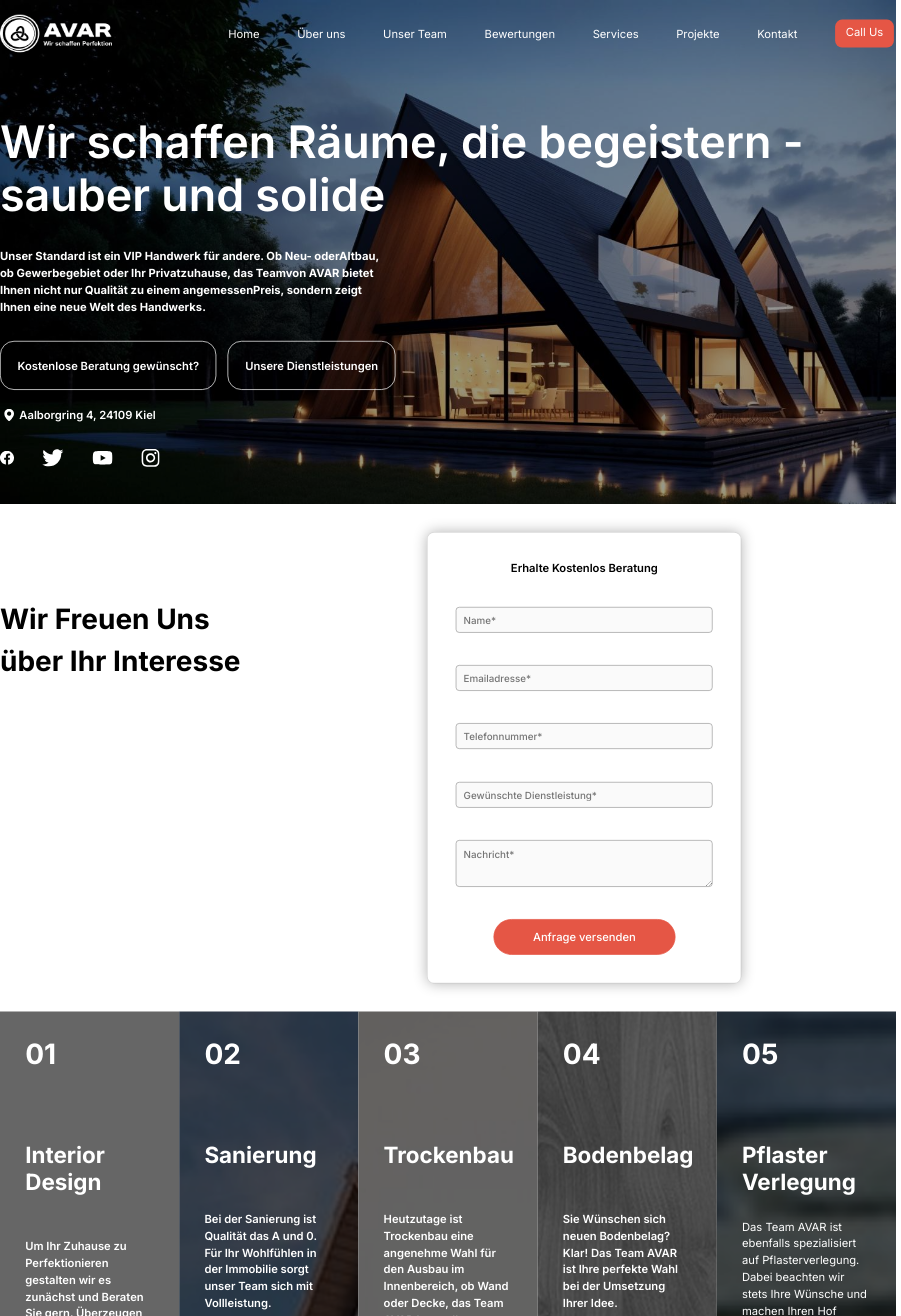
Repository: AlazarStudio/avar_react
Page: /
These files come from the project's save history. The page is drawn as it stood at one moment and after the next save; the edit follows.
The browser window is 1280 px wide. The page is 1287 px wide, so the pictures cover 1287 px, including what lies to the right of the window. The pictures show the part of the page from y = 0 to 1880 px (the page is 8058 px tall), at 70% of full size.
The project was rebuilt for these pictures with package versions that can differ from the ones it lists, and the page was loaded fresh each time. Also part of the build but not shown: vite.config.js, src/Components/Pages/Non_Found_Page.jsx, src/Components/Pages/HomePage/HomePage.module.css, src/Components/Pages/UberUnsPage/UberUnsPage.module.css, src/Components/ui/UberUnsContainers/Container1/Container1.module.css, src/Components/ui/UberUnsContainers/Container1/Container1.jsx, src/Components/ui/UberUnsContainers/Container2/Container2.module.css, src/Components/ui/UberUnsContainers/Container2/Container2.jsx and 55 more.

Above is the page before, as saved 2025-07-04 15:32:32.

### index.html
<!DOCTYPE html>
<html lang="ru">
  <head>
    <meta charset="UTF-8" />
    <link rel="icon" type="image/svg+xml" href="/Vector.svg" />
    <meta name="viewport" content="width=device-width, initial-scale=1.0" />
    <title>AVAR</title>
    <!-- Основные мета-теги для iOS -->
    <meta name="apple-mobile-web-app-capable" content="yes" />
    <meta name="apple-mobile-web-app-status-bar-style" content="black" />
    <meta name="apple-mobile-web-app-title" content="My App" />

    <!-- Иконки для iOS -->
    <link rel="apple-touch-icon" href="/favicon-alazar-studio.png" />

    <!-- Цветовая схема для iOS (настраивает цвет адресной строки и интерфейса) -->
    <meta name="theme-color" content="#1976d2" />

    <link rel="manifest" href="/manifest.json" />
    <link
      href="https://fonts.googleapis.com/css2?family=Inter:wght@400;500;600;700&display=swap"
      rel="stylesheet"
    />

    <!-- <link rel="stylesheet" href="https://fonts.googleapis.com/css2?family=Montserrat:wght@400;700&display=swap"> -->
  </head>

  <body>
    <div id="root"></div>
    <script type="module" src="/src/main.jsx"></script>
  </body>
</html>

### src/App.jsx
import React from 'react';
import { Route, Routes } from 'react-router-dom';

// import Main_Page from './Components/Pages/Main_Page';
import Non_Found_Page from './Components/Pages/Non_Found_Page';
import Layout from './Components/Standart/Layout/Layout';
// import InstallButton from './Components/Pages/InstallButton/InstallButton';
import HomePage from './Components/Pages/HomePage/HomePage';
import UberUnsPage from './Components/Pages/UberUnsPage/UberUnsPage';
import ServicesPage from './Components/Pages/ServicesPage/ServicesPage';
import ProjektePage from './Components/Pages/ProjektePage/ProjektePage';
import OneProjektPage from './Components/Pages/OneProjektPage/OneProjektPage';
import KontaktPage from './Components/Pages/KontaktPage/KontaktPage';
import UnserTeamPage from './Components/Pages/UnserTeamPage/UnserTeamPage';
import BewertungenPage from './Components/Pages/BewertungenPage/BewertungenPage';

function App() {
  return (
    <>
      <Routes>
        <Route path="/" element={<Layout />}>
          <Route index element={<HomePage />} />
          <Route path="überUns" element={<UberUnsPage />} />
          <Route path="services" element={<ServicesPage />} />\
          <Route path="projekte" element={<ProjektePage />} />
          <Route path="projekte/:id" element={<OneProjektPage />} />
          <Route path="kontakt" element={<KontaktPage />} />
          <Route path="unserTeam" element={<UnserTeamPage />} />
          <Route path="bewertungen" element={<BewertungenPage />} />
          <Route path="*" element={<Non_Found_Page />} />
        </Route>
      </Routes>

      {/* Кнопка установки */}
      {/* <InstallButton /> */}
    </>
  );
}

export default App;

### src/index.css
* {
  margin: 0;
  padding: 0;
  box-sizing: border-box;
  /* font-family: 'Arial', sans-serif; */
  font-family: 'Inter', sans-serif;
  scroll-behavior: smooth;
}

a {
  text-decoration: none;
}

:root {
  --blockWidth: 1300px;
}

body {
  /* font-family: 'Arial', sans-serif; */
  font-family: 'Inter', sans-serif;
  background-color: #FFFFFF;
}

main {
  display: flex;
  flex-direction: column;
  gap: 80px;
  padding-bottom: 80px;
}

### src/Components/Standart/Layout/Layout.jsx
import React from "react";
import { Outlet } from "react-router-dom";

import Header from "../../Blocks/Header/Header"
import Footer from "../../Blocks/Footer/Footer";


function Empty({ children, ...props }) {
    return (
        <>
            <Header/>
            <Outlet />
            <Footer/>
        </>
    );
}

export default Empty;

### src/Components/Pages/HomePage/HomePage.jsx
import classes from './HomePage.module.css';

import 'swiper/css';
import 'swiper/css/navigation';
import 'swiper/css/pagination';
import Container1 from '../../ui/HomePageContainers/Container1/Container1';
import Container2 from '../../ui/HomePageContainers/Container2/Container2';
import Container3 from '../../ui/HomePageContainers/Container3/Container3';
import Container4 from '../../ui/HomePageContainers/Container4/Container4';
import Container5 from '../../ui/HomePageContainers/Container5/Container5';
import Container6 from '../../ui/HomePageContainers/Container6/Container6';
import Container7 from '../../ui/HomePageContainers/Container7/Container7';
import Container8 from '../../ui/HomePageContainers/Container8/Container8';
import Container9 from '../../ui/HomePageContainers/Container9/Container9';

function HomePage({ children, ...props }) {
  return (
    <>
      <div className={classes.contaier}>
        <Container1 />
        <Container2 />
        <Container3 />
        <Container4 />
        <Container5 />
        <Container6 />
        <Container7 />
        <Container8 />
        <Container9 />
      </div>
    </>
  );
}

export default HomePage;

### src/Components/Blocks/Header/Header.jsx
import React from 'react';
import { Link, useNavigate, useLocation } from 'react-router-dom';
import classes from './Header.module.css';

function Header({ children, ...props }) {
  const navigate = useNavigate();
  const location = useLocation(); // Получаем текущий путь

  // Условно применяем класс для синего фона на странице OneProjektPage
  const isOneProjectPage = location.pathname.includes('projekte/');

  return (
    <div
      className={`${classes.container} ${
        isOneProjectPage ? classes.blueBackground : ''
      }`}
    >
      <div className={classes.header}>
        <div className={classes.headerLeft}>
          <img src="../images/logoHome.png" onClick={() => navigate('/')} />
        </div>
        <div className={classes.headerRight}>
          <ul className={classes.navigate}>
            <li>
              <Link to="/">Home</Link>
            </li>
            <li>
              <Link to="/überUns">Über uns</Link>
            </li>
            <li>
              <Link to="/unserTeam">Unser Team</Link>
            </li>
            <li>
              <Link to="/bewertungen">Bewertungen</Link>
            </li>
            <li>
              <Link to="/services">Services</Link>
            </li>
            <li>
              <Link to="/projekte">Projekte</Link>
            </li>
            <li>
              <Link to="/kontakt">Kontakt</Link>
            </li>
            <li>
              <a className={classes.w} href="tel:01785029999">
                Call Us
              </a>
            </li>
          </ul>
        </div>
      </div>
    </div>
  );
}

export default Header;

### src/Components/ui/HomePageContainers/Container1/Container1.jsx
import React from 'react';
import classes from './Container1.module.css';

export default function Container1() {
  return (
    <div>
      <div className={classes.container1}>
        <div className={classes.content}>
          <div className={classes.box}>
            <div className={classes.block}>
              <span>Wir schaffen Räume, die begeistern - sauber und solide</span>
              <span>
                Unser Standard ist ein VIP Handwerk für andere. Ob Neu-
                oderAltbau, ob Gewerbegebiet oder Ihr Privatzuhause, das Teamvon
                AVAR bietet Ihnen nicht nur Qualität zu einem angemessenPreis,
                sondern zeigt Ihnen eine neue Welt des Handwerks.
              </span>
              <div className={classes.buttons}>
                <button>Kostenlose Beratung gewünscht?</button>
                <button>Unsere Dienstleistungen</button>
              </div>
            </div>
          </div>
          <div className={classes.blockBottom}>
            <span>
              <img src="../images/coolicon (5).svg" />
              Aalborgring 4, 24109 Kiel
            </span>
            <div className={classes.contact}>
              <img src="../images/coolicon (1).svg" />
              <img src="../images/coolicon (2).svg" />
              <img src="../images/coolicon (3).svg" />
              <img src="../images/coolicon (4).svg" />
            </div>
          </div>
        </div>
      </div>
    </div>
  );
}

### src/Components/ui/HomePageContainers/Container5/Container5.jsx
import React from 'react';
import classes from './Container5.module.css';

export default function Container5() {
  return (
    <div>
      {' '}
      <div className={classes.container5}>
        <div className={classes.contaier5Block}>
          <div className={classes.contaier5BlockEl}>
            <span>200+</span>
            <span>Projekte jährlich</span>
          </div>
          <div className={classes.contaier5BlockEl}>
            <span>20</span>
            <span>Team von Handwerkern</span>
          </div>
          <div className={classes.contaier5BlockEl}>
            <span>110%</span>
            <span>Leistung</span>
          </div>
          <div className={classes.contaier5BlockEl}>
            <span>1</span>
            <span>Ziel</span>
          </div>
        </div>
      </div>
    </div>
  );
}

### src/Components/ui/HomePageContainers/Container6/Container6.jsx
import React from 'react';
import classes from './Container6.module.css';

import { Swiper, SwiperSlide } from 'swiper/react';
import { Pagination, Autoplay } from 'swiper/modules';

import 'swiper/css';
import 'swiper/css/navigation';
import 'swiper/css/pagination';
import { projects } from '../../../../../bd';

export default function Container6() {
  return (
    <div>
      {' '}
      <div className={classes.container6}>
        <div className={classes.container6Block}>
          <div className={classes.container6BlockTop}>
            <span>Unsere Ausgewahlten Projekte</span>
          </div>
          <div className={classes.container6BlockBottom}>
            <div className={classes.container6BlockBottom}>
              <Swiper
                modules={[Pagination, Autoplay]}
                slidesPerView={3}
                autoplay={{
                  delay: 4000,
                  disableOnInteraction: false,
                }}
                spaceBetween={10}
                loop={true}
                // navigation
                pagination={{ clickable: true }}
                breakpoints={{
                  320: { slidesPerView: 1 },
                  768: { slidesPerView: 2 },
                  1024: { slidesPerView: 3 },
                }}
              >
                {projects.map((project) => (
                  <SwiperSlide key={project.id}>
                    <div className={classes.container6BlockBottomEl}>
                      <img src={project.img[0]} alt={project.title} />
                      <span>{project.title}</span>
                      <span>{project.description}</span>
                    </div>
                  </SwiperSlide>
                ))}
              </Swiper>
            </div>
          </div>
        </div>
      </div>
    </div>
  );
}

### src/Components/ui/HomePageContainers/Container7/Container7.jsx
import React from 'react';
import classes from './Container7.module.css';

export default function Container7() {
  return (
    <div>
      {' '}
      <div className={classes.container7}>
        <img src="../images/homeCon71.png" className={classes.contaier7Bg} />
        <div className={classes.container7Block}>
          <div className={classes.container7BlockLeft}>
            <img src="../images/homeCon72.png" />
          </div>
          <div className={classes.container7BlockRight}>
            <div className={classes.container7BlockRightEl}>
              <span>Das Sagen Unsere Uber Uns</span>
              <span>
                ‘’Wir Haben Das Team Von AVAR Am Anfang Mit Ein Wenig Vorsicht
                Betrachtet, Allerdings Haben Wir Schnell Gemerkt, Dass Es
                Erfahrene Jungs Sind, Die Ihre Arbeit Kennen Und Diese Einfach
                Auf Einem Unglaublichen Niveau Und Schnelligkeit Umsetzten. Im
                Moment Fehlt Das Geld Für Eine Zweite Wohnung, Allerdings, Falls
                Unsere Familie Sich Entschließt Im Laufe Der Zeit Eine Zweite Zu
                Kaufen, Werden Wir Uns Definitiv Für Eine Erneute Zusammenarbeit
                Mit Herrn Abakarov Von Team AVAR Entscheiden. Danke Euch!’’
              </span>
              <span>Pia-Maria Wendtland</span>
            </div>
          </div>
        </div>
      </div>
    </div>
  );
}

### src/Components/ui/HomePageContainers/Container8/Container8.jsx
import React from 'react';
import classes from './Container8.module.css';

import { Swiper, SwiperSlide } from 'swiper/react';
import { Pagination, Autoplay } from 'swiper/modules';

import 'swiper/css';
import 'swiper/css/navigation';
import 'swiper/css/pagination';
import { reviews } from '../../../../../bd';

export default function Container8() {
  return (
    <div>
      {' '}
      <div className={classes.container8}>
        <div className={classes.container8Block}>
          <div className={classes.container8BlockBottom}>
            <div className={classes.container8BlockBottom1}>
              <Swiper
                modules={[Pagination, Autoplay]}
                slidesPerView={3}
                autoplay={{
                  delay: 4000,
                  disableOnInteraction: false,
                }}
                spaceBetween={30}
                loop={true}
                style={{ paddingLeft: '15px', paddingRight: '15px' }}
                // navigation
                pagination={{ clickable: true }}
                breakpoints={{
                  320: { slidesPerView: 1 },
                  768: { slidesPerView: 2 },
                  1024: { slidesPerView: 3 },
                }}
              >
                {reviews.map((review) => (
                  <SwiperSlide key={review.id}>
                    <div className={classes.container8BlockBottomEl}>
                      <img src="../images/“.svg" />
                      {/* <span>“</span> */}
                      <span>{review.description}</span>
                      <span>{review.name}</span>
                    </div>
                  </SwiperSlide>
                ))}
              </Swiper>
            </div>
          </div>
        </div>
      </div>
    </div>
  );
}

### src/Components/ui/HomePageContainers/Container9/Container9.jsx
import React from 'react';
import classes from './Container9.module.css';

export default function Container9() {
  return (
    <div>
      {' '}
      <div className={classes.container9}>
        <div className={classes.container9Block}>
          <span>Offizieller Partner Der Postbank</span>
          <a href="https://www.postbank.de/">
            <img src="../images/image 7.svg" />
          </a>
        </div>
      </div>
    </div>
  );
}

### src/Components/Blocks/Header/Header.module.css
.container {
  display: flex;
  align-items: center;
  justify-content: center;
  width: 100%;
  height: 96px;
  margin-bottom: -96px;
}

.header {
  display: flex;
  align-items: center;
  justify-content: space-between;
  width: 100%;
  height: 100%;
  max-width: 1304px;
  background-color: inherit;
  z-index: 11;
}

.headerLeft {
  display: flex;
  align-items: center;
  justify-content: center;
  width: 160px;
  height: 54px;
}

.headerLeft img {
  width: 100%;
  height: 100%;
  cursor: pointer;
}

.headerRight {
  display: flex;
  width: 100%;
  max-width: 954px;
}

.navigate {
  display: flex;
  width: 100%;
  align-items: center;
  justify-content: space-between;
  list-style-type: none;
  padding-right: 3px;
  /* outline: 3px solid red; */
}

.navigate a {
  color: #ffffff;
  text-decoration: none;
  font-size: 16px;
  font-weight: 400;
  cursor: pointer;
  transition: all 0.2s ease-in-out;
  padding-bottom: 4px;
  border-bottom: 1px solid inherit;
}

.navigate a:hover {
  color: #e55645;
  border-bottom: 1px solid #e55645;
  transition: color 0.6s ease;
}

.w {
  display: flex;
  align-items: center;
  justify-content: center;
  line-height: 100%;
  color: #ffffff;
  text-decoration: none;
  font-size: 16px;
  font-weight: 400;
  width: 84px !important;
  height: 40px !important;
  cursor: pointer;
  transition: none;
  padding: 0;
  border-bottom: none;
  background-color: #e55645 !important;
  border-radius: 10px;
}

.w:hover {
  color: #fff !important;
  border-bottom: none;
  transition: color 0.6s ease;
}

.blueBackground {
  background-color: #000322;
}

@media (max-width: 768px) {
  .container {
    display: none;
  }
}

### src/Components/ui/HomePageContainers/Container5/Container5.module.css

.container5 {
  display: flex;
  align-items: center;
  justify-content: center;
  width: 100%;
  background-color: #f7f7f7;
}

.contaier5Block {
  display: flex;
  flex-direction: row;
  align-items: center;
  justify-content: space-between;
  width: 100%;
  max-width: 1304px;
  padding: 80px 60px;
}

.contaier5BlockEl {
  display: flex;
  flex-direction: column;
  gap: 16px;
  color: #8c93a6;
}

.contaier5BlockEl span:nth-of-type(1) {
  font-size: 64px;
  font-weight: 700;
  text-align: center;
}

.contaier5BlockEl span:nth-of-type(2) {
  font-size: 20px;
  font-weight: 700;
  text-align: center;
  width: 130px;
}

@media (max-width: 768px) {
  .container5 {
  }

  .contaier5Block {
    flex-wrap: wrap;
    width: 100%;
    max-width: 768px;
    padding: 40px;
    gap: 50px;
  }

  .contaier5BlockEl {
    display: flex;
    align-items: center;
    justify-content: center;
    width: 40%;
    gap: 12px;
  }

  .contaier5BlockEl span:nth-of-type(1) {
    font-size: 47px;
    font-weight: 700;
    text-align: center;
  }

  .contaier5BlockEl span:nth-of-type(2) {
    font-size: 14px;
    font-weight: 700;
    text-align: center;
  }
}

### src/Components/ui/HomePageContainers/Container6/Container6.module.css

.container6 {
  display: flex;
  align-items: center;
  justify-content: center;
  width: 100%;
  /* border: 1px solid red; */
}

.container6Block {
  display: flex;
  align-items: center;
  justify-content: center;
  flex-direction: column;
  width: 100%;
  max-width: 1304px;
  padding: 110px 0;
  gap: 66px;
  /* outline: 1px solid red; */
}

.container6BlockTop {
  display: flex;
  align-items: center;
  justify-content: center;
  width: 100%;
  font-size: 40px;
  font-weight: 700;
}

.container6BlockBottom {
  display: flex;
  align-items: center;
  justify-content: center;
  width: 100%;
}

.container6BlockBottom1 {
  display: flex;
  align-items: center;
  justify-content: center;
  width: 100%;
}

.container6BlockBottomEl {
  background: #fff;
  padding: 1.5rem;
  border-radius: 12px;
  /* box-shadow: 0 8px 24px rgba(0, 0, 0, 0.1); */
  display: flex;
  flex-direction: column;
  gap: 24px;
  /* text-align: center; */
  height: 100%;
  cursor: pointer;
  margin-top: 50px;
  margin-bottom: 80px;
}

.container6BlockBottomEl img {
  width: 100%;
  height: 285px;
  object-fit: cover;
  border-radius: 8px;
}

.container6BlockBottomEl span:nth-of-type(1) {
  font-size: 20px;
  font-weight: 700;
}

.container6BlockBottomEl span:nth-of-type(2) {
  font-size: 16px;
  font-weight: 400;
  color: #8c93a6;
}

@media (max-width: 768px) {
  .container6Block {
    padding: 40px 0;
    gap: 16px;
    /* outline: 1px solid red; */
  }

  .container6BlockTop {
    text-align: center;
    font-size: 24px;
    width: 260px;
  }
}

### src/Components/ui/HomePageContainers/Container9/Container9.module.css
.container9 {
  display: flex;
  align-items: center;
  justify-content: center;
  width: 100%;
}

.container9Block {
  display: flex;
  align-items: center;
  justify-content: center;
  gap: 62px;
  max-width: 1304px;
  padding-bottom: 150px;
}

.container9Block img {
  width: 748px;
  height: 203px;
}

.container9Block span {
  font-size: 40px;
  font-weight: 700;
  width: 410px;
  order: 2;
}

@media (max-width: 768px) {
  .container9 {
    display: flex;
    align-items: center;
    justify-content: center;
    width: 100%;
  }

  .container9Block {
    display: flex;
    flex-direction: column;
    align-items: center;
    justify-content: center;
    gap: 24px;
    max-width: 768px;
    padding: 15px;
  }

  .container9Block img {
    width: 100%;
    height: auto;
  }

  .container9Block span {
    display: flex;
    text-align: center;
    font-size: 24px;
    font-weight: 700;
    width: 280px;
  }
}

Loaded but not shown: src/main.jsx (common file); bd.js (104 lines, source omitted); src/Components/ui/HomePageContainers/Container2/Container2.jsx (167 lines, source omitted); src/Components/ui/HomePageContainers/Container2/Container2.module.css (315 lines, source omitted); src/Components/Blocks/Footer/Footer.module.css (246 lines, source omitted); src/Components/ui/HomePageContainers/Container1/Container1.module.css (251 lines, source omitted); src/Components/ui/HomePageContainers/Container3/Container3.jsx (90 lines, source omitted); src/Components/Blocks/Footer/Footer.jsx (77 lines, source omitted); src/Components/ui/HomePageContainers/Container3/Container3.module.css (145 lines, source omitted); src/Components/ui/HomePageContainers/Container4/Container4.module.css (147 lines, source omitted); src/Components/ui/HomePageContainers/Container8/Container8.module.css (120 lines, source omitted); src/Components/ui/HomePageContainers/Container4/Container4.jsx (51 lines, source omitted); src/Components/ui/HomePageContainers/Container7/Container7.module.css (120 lines, source omitted)

After the next save:
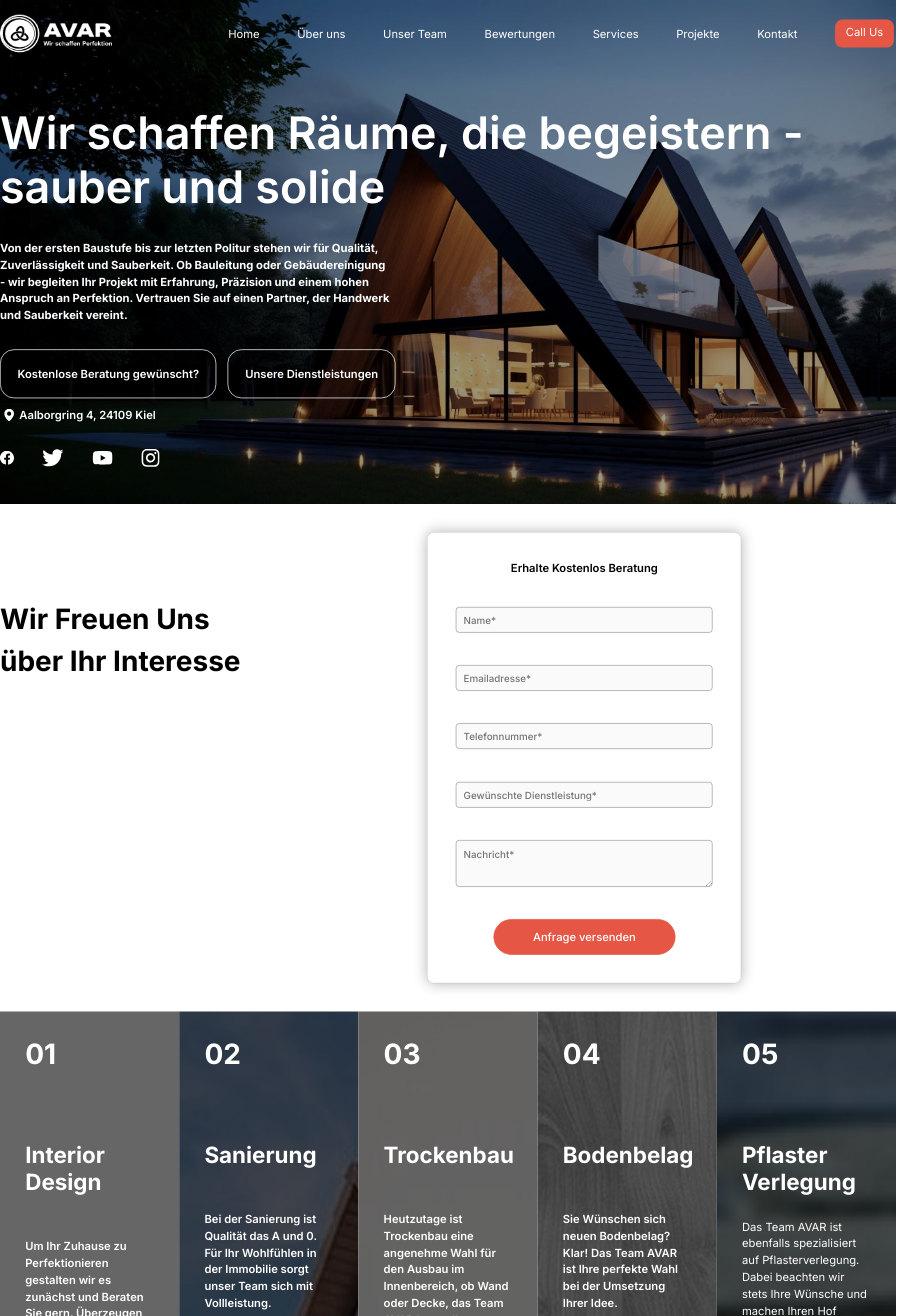
Saved 22 s later.
--- a/src/Components/ui/HomePageContainers/Container1/Container1.jsx
+++ b/src/Components/ui/HomePageContainers/Container1/Container1.jsx
@@ -8,12 +8,15 @@ export default function Container1() {
         <div className={classes.content}>
           <div className={classes.box}>
             <div className={classes.block}>
-              <span>Wir schaffen Räume, die begeistern - sauber und solide</span>
               <span>
-                Unser Standard ist ein VIP Handwerk für andere. Ob Neu-
-                oderAltbau, ob Gewerbegebiet oder Ihr Privatzuhause, das Teamvon
-                AVAR bietet Ihnen nicht nur Qualität zu einem angemessenPreis,
-                sondern zeigt Ihnen eine neue Welt des Handwerks.
+                Wir schaffen Räume, die begeistern - sauber und solide
+              </span>
+              <span>
+                Von der ersten Baustufe bis zur letzten Politur stehen wir für
+                Qualität, Zuverlässigkeit und Sauberkeit. Ob Bauleitung oder
+                Gebäudereinigung - wir begleiten Ihr Projekt mit Erfahrung,
+                Präzision und einem hohen Anspruch an Perfektion. Vertrauen Sie
+                auf einen Partner, der Handwerk und Sauberkeit vereint.
               </span>
               <div className={classes.buttons}>
                 <button>Kostenlose Beratung gewünscht?</button>
